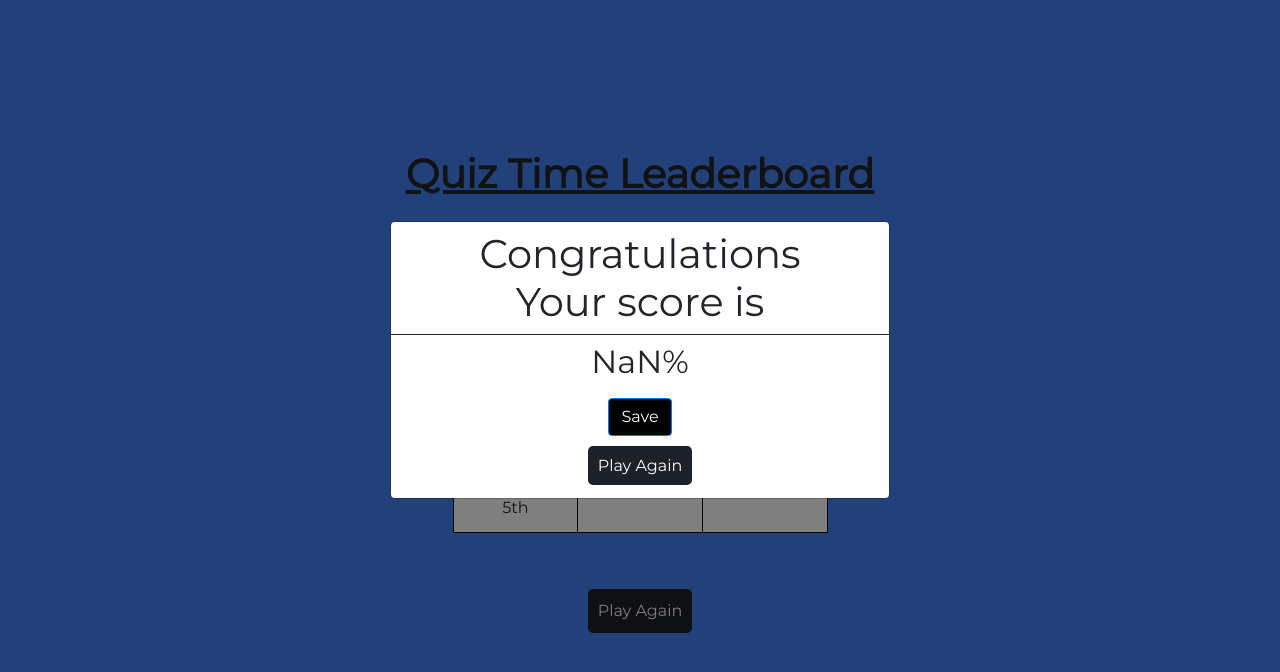
Repository: Code-Institute-Submissions/quiz-1
Page: leaderboard.html
The author's editor kept a record of every edit. The page is drawn from the files as they stood at one moment, then again after the next edit.
The browser window is 1280 px wide. The pictures show the window.
A layer covers the whole window, so only the first screen is drawn.

Above is the page before.

### leaderboard.html
<!DOCTYPE html>
<html lang="en">

<head>
    <meta charset="UTF-8">
    <meta name="viewport" content="width=device-width, initial-scale=1.0">
    <meta http-equiv="X-UA-Compatible" content="ie=edge">
    <link rel="stylesheet" href="https://stackpath.bootstrapcdn.com/bootstrap/4.4.1/css/bootstrap.min.css" type="text/css" />
    <link rel="stylesheet" href="https://stackpath.bootstrapcdn.com/font-awesome/4.7.0/css/font-awesome.min.css" type="text/css" />
    <link href="https://fonts.googleapis.com/css2?family=Montserrat&display=swap" rel="stylesheet">
    <link rel="stylesheet" href="assets/css/style.css" type="text/css" />
    <script src="https://cdnjs.cloudflare.com/ajax/libs/jquery/3.5.0/jquery.min.js" integrity="sha256-xNzN2a4ltkB44Mc/Jz3pT4iU1cmeR0FkXs4pru/JxaQ=" crossorigin="anonymous"></script>
    <script type="text/javascript" src="assets/js/modal-score.js"></script>
    <script type="text/javascript" src="assets/js/leaderboard.js"></script>
    <title>Quiz</title>
</head>

<body onload="scorePercent()">
    <div class="container-fluid background-leaderboard">
        <div class="modal fade" id="exampleModalCenter" tabindex="-1" role="dialog" aria-labelledby="exampleModalCenterTitle" aria-hidden="true">
            <div class="modal-dialog modal-dialog-centered" role="document">
                <div class="modal-content">
                    <div class="modal-heading">
                        <h1>Congratulations<br>Your score is</h1>
                    </div>
                    <div>
                        <h2 id="scorePercentRound"></h2>
                    </div>
                    <div class="modal-form">
                        <form>
                            <button type="submit" name="username" id="saveScoreBtn" class="btn btn-primary" onclick="saveHighScore()" data-dismiss="modal">Save</button>
                        </form>
                    </div>
                    <div id="footer-btns">
                        <a href="load.html" class="load-button">Play Again</a>
                    </div>
                </div>
            </div>
        </div>
        <div class="table">
            <h1 class="leaderboard-title"><u><b>Quiz Time Leaderboard</b></u></h1>
            <table id="highScores">
                <tr>
                    <th>Postion</th>
                    <th>User Name</th>
                    <th>Score In %</th>
                </tr>
                <tr>
                    <td>1st</td>
                    <td id="username-1"></td>
                    <td id="score-1" data-score1="0"></td>
                </tr>
                <tr>
                    <td>2nd</td>
                    <td id="username-2"></td>
                    <td id="score-2" data-score2="0"></td>
                </tr>
                <tr>
                    <td>3rd</td>
                    <td id="username-3"></td>
                    <td id="score-3" data-score3="0"></td>
                </tr>
                <tr>
                    <td>4th</td>
                    <td id="username-4"></td>
                    <td id="score-4" data-score4="0"></td>
                </tr>
                <tr>
                    <td>5th</td>
                    <td id="username-5"></td>
                    <td id="score-5" data-score5="0"></td>
                </tr>
            </table>
        </div>
        <div class="container-fluid load">
            <a href="load.html" class="load-button">Play Again</a>
        </div>
    </div>
    <footer class="container-fluid">
        <div id="footer-details" class="row">
            <div class="col-sm">
                <h4 class="uppercase footer-info">Social Links</h4>
                <ul class="list-inline social-links">
                    <li class="list-inline-item">
                        <a target="_blank" href="#">
                            <i class="fa fa-facebook fa-3x" aria-hidden="true"></i>
                            <span class="sr-only">Facebook</span>
                        </a>
                    </li>
                    <li class="list-inline-item">
                        <a target="_blank" href="#">
                            <i class="fa fa-twitter fa-3x" aria-hidden="true"></i>
                            <span class="sr-only">Twitter</span>
                        </a>
                    </li>
                    <li class="list-inline-item">
                        <a target="_blank" href="#">
                            <i class="fa fa-linkedin fa-3x" aria-hidden="true"></i>
                            <span class="sr-only">LinkedIn</span>
                        </a>
                    </li>
                    <li class="list-inline-item">
                        <a target="_blank" href="#">
                            <i class="fa fa-pinterest fa-3x" aria-hidden="true"></i>
                            <span class="sr-only">pinterest</span>
                        </a>
                    </li>
                    <li class="list-inline-item">
                        <a target="_blank" href="#">
                            <i class="fa fa-instagram fa-3x" aria-hidden="true"></i>
                            <span class="sr-only">Instagram</span>
                        </a>
                    </li>
                    <li class="list-inline-item">
                        <a target="_blank" href="#">
                            <i class="fa fa-youtube fa-3x" aria-hidden="true"></i>
                            <span class="sr-only">Youtube</span>
                        </a>
                    </li>
                </ul>
                <div class="copyright">
                    <p>Copyright &#169; Quiz<br>Website by Joseph Kelly</p>
                </div>
            </div>
        </div>
    </footer>
    <script src="https://code.jquery.com/jquery-3.3.1.slim.min.js" integrity="sha384-q8i/X+965DzO0rT7abK41JStQIAqVgRVzpbzo5smXKp4YfRvH+8abtTE1Pi6jizo" crossorigin="anonymous"></script>
    <script src="https://cdnjs.cloudflare.com/ajax/libs/popper.js/1.14.7/umd/popper.min.js" integrity="sha384-UO2eT0CpHqdSJQ6hJty5KVphtPhzWj9WO1clHTMGa3JDZwrnQq4sF86dIHNDz0W1" crossorigin="anonymous"></script>
    <script src="https://stackpath.bootstrapcdn.com/bootstrap/4.3.1/js/bootstrap.min.js" integrity="sha384-JjSmVgyd0p3pXB1rRibZUAYoIIy6OrQ6VrjIEaFf/nJGzIxFDsf4x0xIM+B07jRM" crossorigin="anonymous"></script>
</body>

</html>

### assets/css/style.css
body {
  font-family: 'Montserrat', sans-serif;
}

a {
  color: white;
  text-decoration: none !important;
}

/* Unvisited link  */

a:visited {
  color: white;
}

/* Visited link    */

a:hover {
  color: white;
}

/* Mouse over link */

a:active {
  color: white;
}

/*--------------------------- home --------------- */

.home {
  background-color: #4582F4;
  height: 782px;
}

.background-load {
  background-color: #4582F4;
  height: 762px;
}

.background-quiz {
  background-color: #4582F4;
  height: 800px;
}

.background-leaderboard {
  background-color: #4582F4;
  height: 762px;
}

.info {
  font-family: 'Montserrat', sans-serif;
  text-align: center;
  padding-top: 40px;
  width: 70%;
  margin: auto;
  color: white;
}

.load {
  display: flex;
  justify-content: center;
  align-items: center;
  padding-top: 40px;
  padding-bottom: 40px;
}

.load-button {
  background-color: #1D2129;
  text-decoration: none;
  color: #fafafa;
  padding: 10px;
  border-radius: 5px;
}

/*--------------------------- animation --------------- */

.quiz-time {
  text-align: center;
  padding-top: 150px;
  width: 100vw;
  font-family: 'Montserrat', sans-serif;
  display: flex;
  justify-content: center;
  align-items: center;
  margin: -20px;
}

.animation span {
  position: relative;
  top: 20px;
  display: inline-block;
  -webkit-animation: bounce 0.3s ease infinite alternate;
  font-size: 100px;
  color: #fff;
  text-shadow: 0 1px 0 #ccc, 0 2px 0 #ccc, 0 3px 0 #ccc, 0 4px 0 #ccc,
  0 5px 0 #ccc, 0 6px 0 transparent, 0 7px 0 transparent, 0 8px 0 transparent,
  0 9px 0 transparent, 0 10px 10px rgba(0, 0, 0, 0.4);
}

.animation span:nth-child(2) {
  -webkit-animation-delay: 0.1s;
}

.animation span:nth-child(3) {
  -webkit-animation-delay: 0.2s;
}

.animation span:nth-child(4) {
  -webkit-animation-delay: 0.3s;
}

.animation span:nth-child(5) {
  -webkit-animation-delay: 0.4s;
}

.animation span:nth-child(6) {
  -webkit-animation-delay: 0.5s;
}

.animation span:nth-child(7) {
  -webkit-animation-delay: 0.6s;
}

.animation span:nth-child(8) {
  -webkit-animation-delay: 0.2s;
}

.animation span:nth-child(9) {
  -webkit-animation-delay: 0.3s;
}

.animation span:nth-child(10) {
  -webkit-animation-delay: 0.4s;
}

.animation span:nth-child(11) {
  -webkit-animation-delay: 0.5s;
}

.animation span:nth-child(12) {
  -webkit-animation-delay: 0.6s;
}

.animation span:nth-child(13) {
  -webkit-animation-delay: 0.7s;
}

.animation span:nth-child(14) {
  -webkit-animation-delay: 0.8s;
}

/* ANIMATION */

@-webkit-keyframes bounce {
  100% {
    top: -20px;
    text-shadow: 0 1px 0 #ccc, 0 2px 0 #ccc, 0 3px 0 #ccc, 0 4px 0 #ccc,
    0 5px 0 #ccc, 0 6px 0 #ccc, 0 7px 0 #ccc, 0 8px 0 #ccc, 0 9px 0 #ccc,
    0 50px 25px rgba(0, 0, 0, 0.2);
  }
}

/*--------------------------- footer --------------- */

footer {
  color: #fafafa;
  padding-top: 10px;
  background-color: #B2B5B9;
  display: inline-block;
  position: relative;

}

.footer-info {
  font-weight: bold;
  text-align: center;
  color: #000000;
}

.list-inline-item {
  margin-left: 10px;
  margin-right: 10px;
}

.uppercase {
  text-transform: uppercase;
}

.social-links {
  text-align: center;
  color: #000000;
}

.copyright {
  text-align: center;
  color: #000000;
}

#icon {
  color: blue;
}

/*--------------------------- Quiz Loading --------------- */

.prompt {
  text-align: center;
  color: #fafafa;
  margin-bottom: 0;
  padding-top: 10px;
}

.start-button {
  background-color: #1D2129;
  text-decoration: none;
  color: #fafafa;
  padding: 10px;
  border-radius: 5px;
}

.option-select {
  display: block;
  margin-right: auto;
  margin-left: auto;
  padding-top: 200px;
}

::placeholder {
  color: white;
  padding-left: 15px;
  font-size: 20px;
}

.username {
  width: 40%;
  display: block;
  margin-left: auto;
  margin-right: auto;
  height: 50px;
  color: white;
  font-size: 20px;
  background-color: #000000;
  border: solid 1px;
  border-radius: 10px;
  border-color: white;
}

.box select {
  background-color: #000000;
  margin-left: auto;
  margin-right: auto;
  color: white;
  padding: 12px;
  width: 40%;
  border: solid 1px;
  border-radius: 10px;
  font-size: 20px;
  box-shadow: 0 5px 25px rgba(0, 0, 0, 0.2);
  -webkit-appearance: button;
  appearance: button;
  outline: none;
  display: block;
}



.box:hover::before {
  color: rgba(255, 255, 255, 0.6);
  background-color: rgba(255, 255, 255, 0.2);
}



/*--------------------------- timer --------------- */

.countdown {
  margin: 0 auto;
  max-width: 350px;
  background: #ff0000;
  font-family: Impact, Charcoal, sans-serif;
  text-align: center;
}

.countdown .header {
  color: #c61d1d;
  text-align: center;
  font-weight: normal;
  margin: 5px 0 10px 0;
}

.countdown .square {
  display: inline-block;
  padding: 10px;
  margin: 5px;
}

.countdown .digits {
  font-size: 24px;
  background: #fff;
  color: #000;
  padding: 20px 10px;
  border-radius: 5px;
}

.countdown .text {
  margin-top: 10px;
  color: #ddd;
}

/*--------------------------- quiz page --------------- */

.finish {
  width: 30%;
  margin-left: auto;
  margin-right: auto;
  display: block;
  text-align: center;
}

.image-display {
  margin-bottom: 20px;
  height: auto;
}


.btn {
  color: #000000;
}

.mute-button {
  margin-top: 20px;
  float: right;
}

.countdown-quiz {
  margin: 0 auto;
  max-width: 350px;
  background: #ff0000;
  font-family: Impact, Charcoal, sans-serif;
  text-align: center;
  clear: both;
}

.countdown-quiz .header {
  color: #c61d1d;
  text-align: center;
  font-weight: normal;
  margin: 5px 0 10px 0;
}

.countdown-quiz .square {
  display: inline-block;
  padding: 10px;
  margin: 5px;
}

.countdown-quiz .digits {
  font-size: 24px;
  background: #fff;
  color: #000;
  padding: 20px 10px;
  border-radius: 5px;
}

.countdown-quiz .text {
  margin-top: 10px;
  color: #ddd;
}

.carousel-item {
  height: auto;
}

#question-1,
#question-2,
#question-3,
#question-4,
#question-5,
#question-6,
#question-7,
#question-8,
#question-9,
#question-10,
#question-11,
#question-12,
#question-13,
#question-14,
#question-15,
#question-16,
#question-17,
#question-18,
#question-19,
#question-20 {
  padding-top: 20px;
  text-align: center;
}

#answers-1,
#answers-2,
#answers-3,
#answers-4,
#answers-5,
#answers-6,
#answers-7,
#answers-8,
#answers-9,
#answers-10,
#answers-11,
#answers-12,
#answers-13,
#answers-14,
#answers-15,
#answers-16,
#answers-17,
#answers-18,
#answers-19,
#answers-20 {
  padding-top: 20px;
  text-align: center;
  margin: auto;
  width: 70%;
}



/*--------------------------- Leaderboard page --------------- */

.leaderboard-title {
  text-align: center;
  padding-top: 30px;
  width: 100%;
  margin-left: auto;
  margin-right: auto;
  font-weight: bold;
  padding-top: 150px;
}

.modal-title {
  text-align: center;
}

table {
  margin-top: 40px;
  margin-left: auto;
  margin-right: auto;
  width: 70%;
}

table,
th,
td {
  border: solid 1px black;
  background-color: white;
  text-align: center;
  width: 30%;
}

.modal-heading {
  text-align: center;
  margin-top: 8px;
  border-bottom: solid 1px;
}

.modal-form {
  text-align: center;
  margin-top: 8px;
  margin-bottom: 8px;

}

#scorePercentRound {
  text-align: center;
  margin-top: 8px;
}

#saveScoreBtn {
  background-color: #000000;
  color: white;
}

#footer-btns {
  text-align: center;
  margin-top: 10px;
  margin-bottom: 20px;
}

### assets/js/modal-score.js
 $(window).on('load',function(){
        $('#exampleModalCenter').modal('show');
    });

    // displays modal on page load

### assets/js/leaderboard.js
var mostRecentScore = localStorage.getItem('mostRecentScore');
var amount = sessionStorage.getItem('amount');
var tada = new Audio('assets/audio/tada.wav');
var sad = new Audio('assets/audio/sadtrombone.wav');
var scorePercent;
var username = localStorage.getItem("username");
var highScores = JSON.parse(localStorage.getItem("highScores")) || [];
var scorePercentRound;

console.log(highScores);

function scorePercent() {

    scorePercent = (mostRecentScore / amount) * 100;
    scorePercentRound = Math.round(scorePercent);
    document.getElementById("scorePercentRound").innerHTML = scorePercent + "%";
}



function saveHighScore() {
    const score = {
        name: username,
        score: scorePercentRound
        };
    console.log(score);
    highScores.push(score);
    highScores.sort((a, b) => b.score - a.score);
    highScores.splice(5);

    localStorage.setItem("highScores", JSON.stringify(highScores));

    if (scorePercentRound >= highScores[4].score || highScores[4] === "undefined") {
        tada.play();
    } else {
        sad.play();
    }

    document.getElementById("username-1").innerHTML = highScores[0].name;
    document.getElementById("score-1").innerHTML = highScores[0].score;
    document.getElementById("username-2").innerHTML = highScores[1].name;
    document.getElementById("score-2").innerHTML = highScores[1].score;
    document.getElementById("username-3").innerHTML = highScores[2].name;
    document.getElementById("score-3").innerHTML = highScores[2].score;
    document.getElementById("username-4").innerHTML = highScores[3].name;
    document.getElementById("score-4").innerHTML = highScores[3].score;
    document.getElementById("username-5").innerHTML = highScores[4].name;
    document.getElementById("score-5").innerHTML = highScores[4].score;
}

After the next edit:
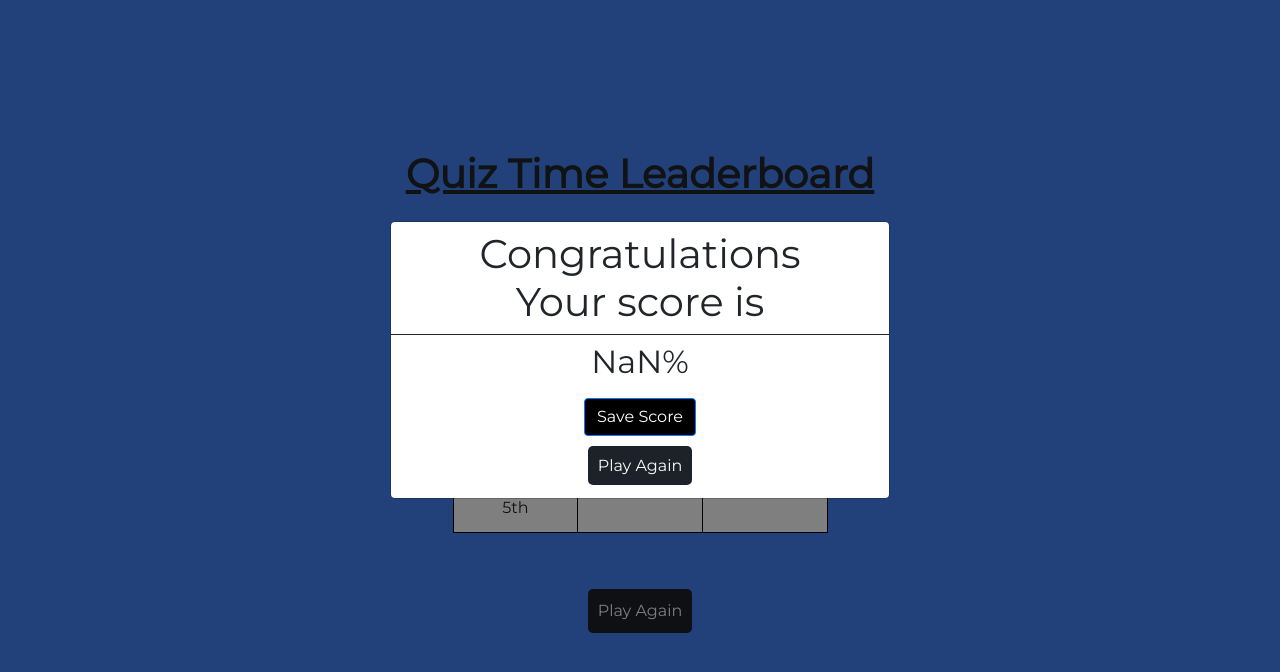
The edit:
--- a/leaderboard.html
+++ b/leaderboard.html
@@ -28,7 +28,7 @@
                     </div>
                     <div class="modal-form">
                         <form>
-                            <button type="submit" name="username" id="saveScoreBtn" class="btn btn-primary" onclick="saveHighScore()" data-dismiss="modal">Save</button>
+                            <button type="submit" name="username" id="saveScoreBtn" class="btn btn-primary" onclick="saveHighScore()" data-dismiss="modal">Save Score</button>
                         </form>
                     </div>
                     <div id="footer-btns">
